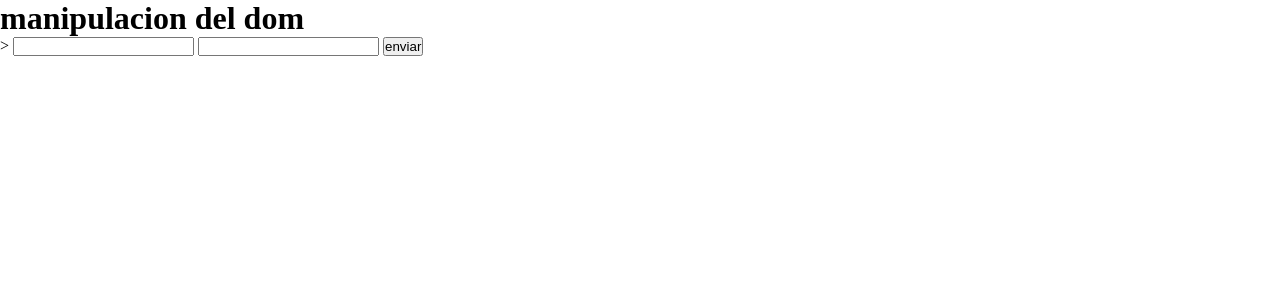
Repository: santig20/nuevo-curso-practico-de-js-platzi
Page: index.html
These files come from the project's save history. The page is drawn as it stood at one moment and after the next save; the edit follows.
The browser window is 1280 px wide. The pictures show the whole page.

Above is the page before, as saved 2022-07-25 11:07:40.

### index.html
<!DOCTYPE html>
<html lang="en">
<head>
    <meta charset="UTF-8">
    <meta http-equiv="X-UA-Compatible" content="IE=edge">
    <link rel="stylesheet" href="style.css">
    <meta name="viewport" content="width=device-width, initial-scale=1.0">
    <title>Document</title>
</head>
<body>
    <h1>manipulacion del dom</h1>
    <!-- clase de la 9 a 11-->
<!--<p class="p">parrafo simple</p>

<p class="parrafo">hola</p>
<p id="parrafo">hola</p>
<input type="text">
-->>
<input id="calculo" type="number">
<input  onchange="" id="calculo1">
<button id="btn_calcular" >enviar</button>
<p id="resultado"></p>
<script src="main.js"></script>
</body>
</html>

### style.css
*{
    margin:0 ;
    padding: 0;
    box-sizing: border-box;
}

### main.js
/*   clase de la 9 a la 11
const h1 = document.querySelector("h1")
const p= document.getElementsByClassName("p")
const parrafo = document.querySelector(".parrafo")
const parrafo1 = document.querySelector("#parrafo")
const input = document.querySelector("input")

console.log ({
    h1,
    p,
    parrafo,
    parrafo1,
    input
})
//cambiamos el texto del h1
h1.innerText = "curso practico de js"
//añadimos una clase al h1
h1.classList.add ("rojo");
// removemos la clase al h1
h1.classList.remove ("rojo")
//cambiamos el value del input
input.value = "hola";
//sintaxis parea nuevas etiquetas de html
document.createElement ("p");
//ejemplo
//creamos una nueva variable , que guarde la etiqueta de html que queremos qgregar
const img =document.createElement("img") ;
//seteamos los atributos de la etiqueta  img, en este caso el src y le pasamos la url de la imagen
img.setAttribute("src", "https://yt3.ggpht.com/yti/APfAmoFOJFykSOBURXOaTO64JSG3MPMo8OtQL_gfS7t-AQ=s88-c-k-c0x00ffffff-no-rj-mo")
//utilizamos la propieadad appenchild para agregar la etiqueta  de img , en este caso deajo del p que seleccionamos
parrafo1.appendChild(img);
*/

// clase 12

//creamos las variables, con las etiquetas que queremos seleccionar

const input = document.getElementById("calculo")
const input1 = document.getElementById("calculo1")
const boton = document.getElementById("btn_calcular")
const resultdo1 = document.getElementById("resultado")
//creamos una funcion,que se activara cunado agamos click en el boton
function btnonclick () {
   const value1= parseInt(input.value)
   const value2=parseInt(input1.value)
   const resultado= value1+value2
   resultdo1.innerText = "el resultado es:"+resultado;
}

//clase 13

//agregamos un escuchador de eventos al boton
const escuchar = boton.addEventListener('cñlick',btnonclick)

After the next save:
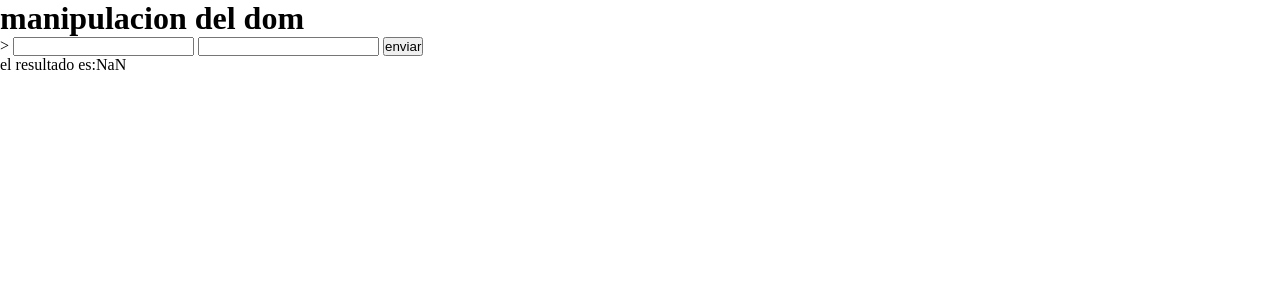
Saved 43 s later.
--- a/main.js
+++ b/main.js
@@ -50,4 +50,4 @@
 //clase 13
 
 //agregamos un escuchador de eventos al boton
-const escuchar = boton.addEventListener('cñlick',btnonclick)
+const escuchar = boton.addEventListener('cñlick',btnonclick())

After the 4 saves that followed:
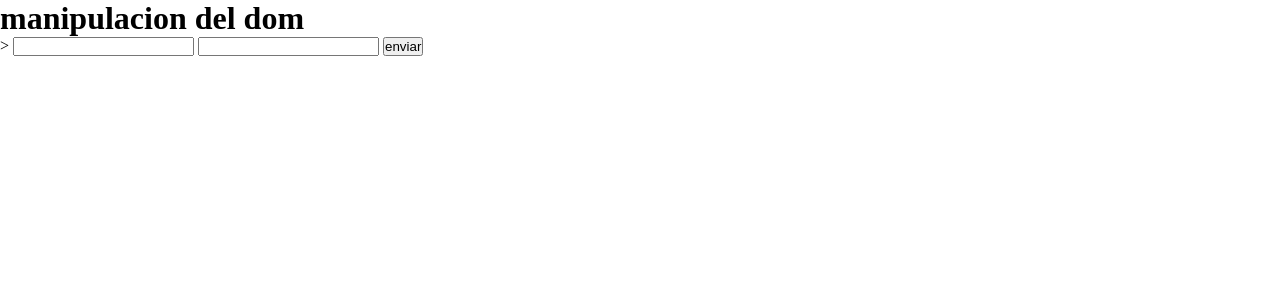
The 4 saves are shown as one change because they came seconds apart.
The last was saved 41 s later.
--- a/main.js
+++ b/main.js
@@ -50,4 +50,4 @@
 //clase 13
 
 //agregamos un escuchador de eventos al boton
-const escuchar = boton.addEventListener('cñlick',btnonclick())
+const escuchar = boton.addEventListener('cñlick',btnonclick)
